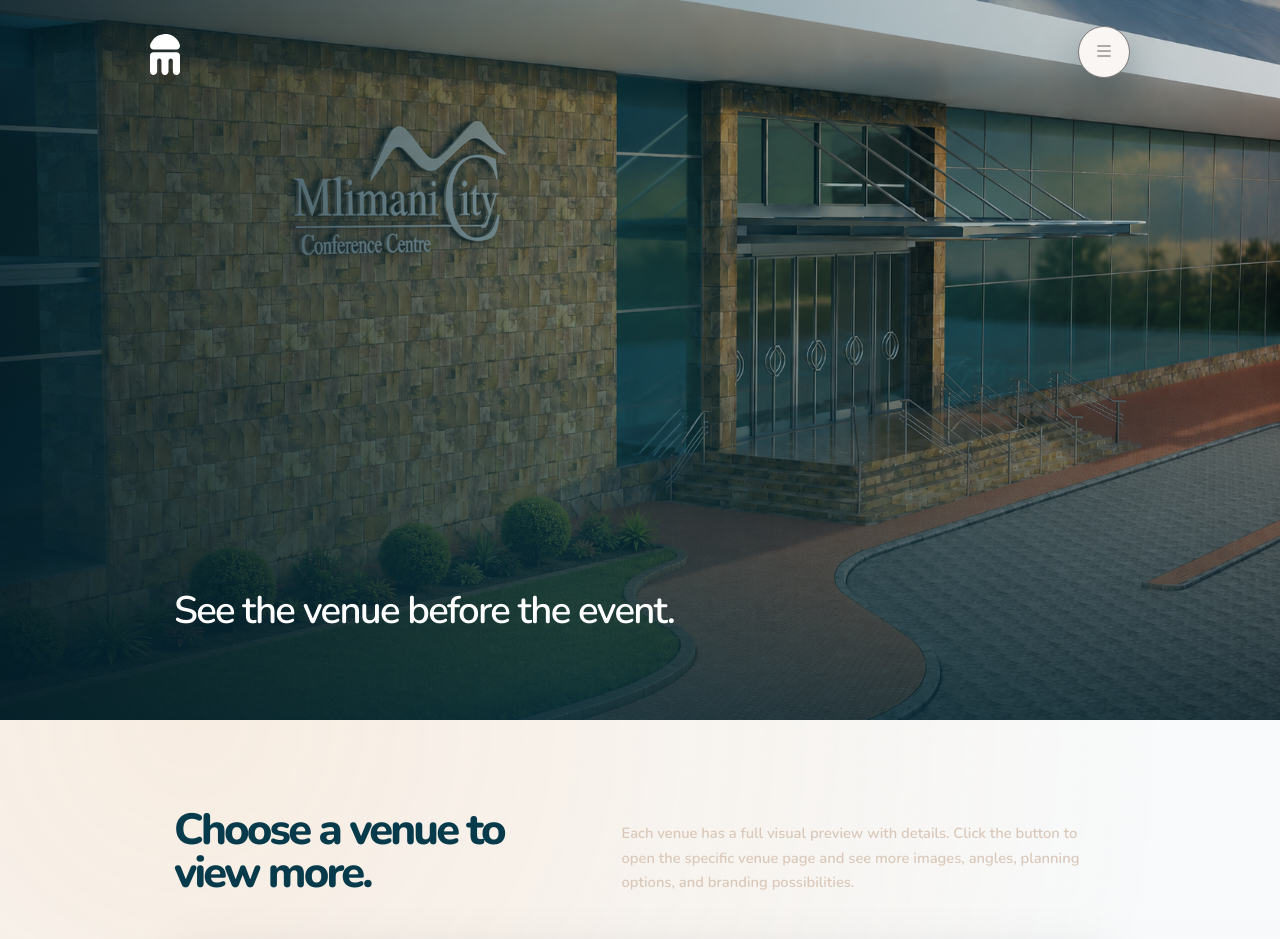
Repository: abdulprism/mustapha
Page: routes/venues.html
An editor plug-in stored every save of this project. The page is shown before and after the next save, followed by the edit.
The browser window is 1280 px wide. The pictures show the part of the page from y = 0 to 939 px (the page is 5174 px tall).
Pictures or frames that could not be fetched are drawn as grey boxes.

Above is the page before, as saved 2026-05-25 01:03:16.

### routes/venues.html
<!DOCTYPE html>
<html lang="en">
<head>
  <meta charset="UTF-8" />
  <meta name="viewport" content="width=device-width, initial-scale=1.0" />

  <title>Venues — mustapha.</title>
  <meta name="description" content="3D venue models and event venue visualization in Tanzania by Abdul Mustapha Hemedi." />

  <link rel="preconnect" href="https://fonts.googleapis.com">
  <link rel="preconnect" href="https://fonts.gstatic.com" crossorigin>
  <link href="https://fonts.googleapis.com/css2?family=Manrope:wght@500;600;700;800&display=swap" rel="stylesheet">
  <link rel="stylesheet" href="https://cdn.jsdelivr.net/npm/bootstrap-icons@1.11.1/font/bootstrap-icons.css">
  <link rel="stylesheet" href="./public/css/font.css">
  <link rel="stylesheet" href="../public/css/root.css">
  <link rel="stylesheet" href="../public/css/venue.css">
  <link rel="stylesheet" href="../public/css/header.css">
</head>

<body>

   <!-- Header -->
  <header class="header" id="siteHeader">
    <div class="wide-container">
      <nav class="nav">

        <a href="../index.html" class="logo">
          <img src="../public/icons/logo-white.svg" alt="">
        </a>

        <div class="menu-area">

          <div class="nav-panel" id="navPanel">
            <a href="index.php" class="active">Home</a>
            <a href="work.php">Work</a>
            <a href="#competence">Skills</a>
            <a href="./routes/venues.php">Venues</a>
            <a href="#contact">Contact</a>
          </div>

          <button class="menu-toggle" id="menuToggle" aria-label="Open menu" aria-expanded="false">
            <i class="bi bi-list icon-menu"></i>
            <i class="bi bi-x-lg icon-close"></i>
          </button>

        </div>
      </nav>
    </div>
  </header>

  <!-- Hero -->
  <section class="hero" data-header-theme="dark">

    <div class="hero-media">
      <img src="../public/img/profile/mlimani00.png" alt="3D venue model in Tanzania">
    </div>

    <div class="container hero-content-wrap">
      <div class="hero-content">
        <h1>See the venue before the event.</h1>

      </div>
    </div>

  </section>

  <!-- Venue Cards -->
  <section class="venue-list" id="venue-list" data-header-theme="light">
    <div class="container">

      <div class="venue-intro">
        <div>
          <h2>Choose a venue to view more.</h2>
        </div>

        <p>
          Each venue has a full visual preview with details. Click the button to open the specific venue page
          and see more images, angles, planning options, and branding possibilities.
        </p>
      </div>

      <div class="venue-stack">

        <article class="venue-card">
          <img src="../public/img/profile/mlimani01.png" alt="Mlimani City venue model">

          <div class="venue-content">
            <small>Dar es Salaam / Exhibition venue</small>
            <h3>Mlimani City</h3>
            <p>
              Outdoor, entrance, parking, exhibition, and event branding visualization for large public events,
              activations, and exhibitions.
            </p>

            <div class="venue-tags">
              <span>Outdoor view</span>
              <span>Entrance branding</span>
              <span>Booth planning</span>
              <span>Visitor flow</span>
            </div>

            <a href="venue-mlimani-city.html" class="btn">
              View Venue <i class="bi bi-arrow-right"></i>
            </a>
          </div>
        </article>

        <article class="venue-card image-right">
          <img src="./public/img/profile/venue-serena-01.png" alt="Serena Hotel venue model">

          <div class="venue-content">
            <small>Dar es Salaam / Hotel hall</small>
            <h3>Serena Hotel</h3>
            <p>
              Premium indoor event visualization for conference setup, stage backdrop, banquet seating,
              VIP arrangement, and sponsor visibility.
            </p>

            <div class="venue-tags">
              <span>Stage setup</span>
              <span>Banquet seating</span>
              <span>LED screen</span>
              <span>VIP flow</span>
            </div>

            <a href="venue-serena-hotel.html" class="btn">
              View Venue <i class="bi bi-arrow-right"></i>
            </a>
          </div>
        </article>

        <article class="venue-card">
          <img src="./public/img/profile/venue-sabasaba-01.png" alt="SabaSaba exhibition venue model">

          <div class="venue-content">
            <small>Dar es Salaam / Trade fair venue</small>
            <h3>SabaSaba</h3>
            <p>
              Exhibition booth and brand activation planning for trade fair setups,
              public interaction spaces, product corners, and institutional booths.
            </p>

            <div class="venue-tags">
              <span>Booth design</span>
              <span>Public flow</span>
              <span>Brand walls</span>
              <span>Activation space</span>
            </div>

            <a href="venue-sabasaba.html" class="btn">
              View Venue <i class="bi bi-arrow-right"></i>
            </a>
          </div>
        </article>

        <article class="venue-card image-right">
          <img src="../public/img/profile/jnicc0.png" alt="JNICC venue model">

          <div class="venue-content">
            <small>Dar es Salaam / Conference venue</small>
            <h3>JNICC</h3>
            <p>
              Conference venue planning for stage design, sponsor branding, delegate movement,
              registration areas, and formal event presentation.
            </p>

            <div class="venue-tags">
              <span>Conference</span>
              <span>Stage branding</span>
              <span>Registration</span>
              <span>Delegate flow</span>
            </div>

            <a href="venue-jnicc.html" class="btn">
              View Venue <i class="bi bi-arrow-right"></i>
            </a>
          </div>
        </article>

        <article class="venue-card">
          <img src="./public/img/profile/venue-hotelhall-01.png" alt="Hotel hall venue model">

          <div class="venue-content">
            <small>Tanzania / Indoor hall</small>
            <h3>Hotel Halls</h3>
            <p>
              Flexible indoor venue visualization for workshops, summits, launches,
              panel sessions, registration points, and sponsor zones.
            </p>

            <div class="venue-tags">
              <span>Indoor setup</span>
              <span>Workshop</span>
              <span>Launch event</span>
              <span>Panel session</span>
            </div>

            <a href="venue-hotel-halls.html" class="btn">
              View Venue <i class="bi bi-arrow-right"></i>
            </a>
          </div>
        </article>

        <article class="venue-card image-right">
          <img src="./public/img/profile/venue-custom-01.png" alt="Custom venue model">

          <div class="venue-content">
            <small>Custom / Any location</small>
            <h3>Custom Venue Model</h3>
            <p>
              Send venue images, videos, or layout details and get a visual planning model
              for your specific event space.
            </p>

            <div class="venue-tags">
              <span>Custom model</span>
              <span>From photos</span>
              <span>Event planning</span>
              <span>3D preview</span>
            </div>

            <a href="#contact" class="btn">
              Request Model <i class="bi bi-arrow-right"></i>
            </a>
          </div>
        </article>

      </div>

    </div>
  </section>

  <!-- CTA -->
  <section class="cta" data-header-theme="light">
    <div class="cta-box">
      <div>
        <h2>Need a venue preview?</h2>
        <p>
          Send venue photos or layout. I can create a 3D visual preview for planning,
          branding, production, and client presentation.
        </p>
      </div>

      <a href="#contact" class="btn">
        Start Discussion
      </a>
    </div>
  </section>

  <!-- Footer -->
  <section class="footer-section" id="contact" data-header-theme="dark">
    <div class="container">
      <div class="footer-grid">
        <div>
          <h2>Venue planning made visible.</h2>
          <p>
            3D venue models for exhibitions, events, conferences, summits, brand activations,
            and production planning across Tanzania.
          </p>
        </div>

        <div class="footer-links">
          <a href="mailto:hello@mustapha.co.tz">
            Email
            <i class="bi bi-arrow-up-right"></i>
          </a>

          <a href="https://wa.me/255712257370" target="_blank">
            WhatsApp
            <i class="bi bi-arrow-up-right"></i>
          </a>

          <a href="index.html">
            Back to Home
            <i class="bi bi-arrow-up-right"></i>
          </a>
        </div>
      </div>

      <p class="copyright">
        © <span id="year"></span> Abdul Mustapha Hemedi. All rights reserved.
      </p>
    </div>
  </section>

  <script>
    const siteHeader = document.getElementById("siteHeader");
    const menuToggle = document.getElementById("menuToggle");
    const navLinks = document.querySelectorAll(".nav-panel a");

    menuToggle.addEventListener("click", () => {
      const isOpen = siteHeader.classList.toggle("menu-open");
      menuToggle.setAttribute("aria-expanded", isOpen ? "true" : "false");
      menuToggle.setAttribute("aria-label", isOpen ? "Close menu" : "Open menu");
    });

    navLinks.forEach(link => {
      link.addEventListener("click", () => {
        siteHeader.classList.remove("menu-open");
        menuToggle.setAttribute("aria-expanded", "false");
        menuToggle.setAttribute("aria-label", "Open menu");
      });
    });

    document.addEventListener("click", (event) => {
      if (!siteHeader.contains(event.target)) {
        siteHeader.classList.remove("menu-open");
        menuToggle.setAttribute("aria-expanded", "false");
        menuToggle.setAttribute("aria-label", "Open menu");
      }
    });

    document.addEventListener("keydown", (event) => {
      if (event.key === "Escape") {
        siteHeader.classList.remove("menu-open");
        menuToggle.setAttribute("aria-expanded", "false");
        menuToggle.setAttribute("aria-label", "Open menu");
      }
    });

    const themeSections = document.querySelectorAll("[data-header-theme]");

    function updateHeaderTheme() {
      const checkPoint = 42;

      themeSections.forEach(section => {
        const rect = section.getBoundingClientRect();

        if (rect.top <= checkPoint && rect.bottom >= checkPoint) {
          const theme = section.dataset.headerTheme;

          if (theme === "light") {
            siteHeader.classList.add("on-light");
          } else {
            siteHeader.classList.remove("on-light");
          }
        }
      });
    }

    window.addEventListener("scroll", updateHeaderTheme);
    window.addEventListener("resize", updateHeaderTheme);
    updateHeaderTheme();

    document.getElementById("year").textContent = new Date().getFullYear();
  </script>

</body>
</html>

### public/css/font.css
/* Nunito Font Family */

@font-face {
  font-family: "Nunito";
  src: url("../fonts/Nunito/static/Nunito-ExtraLight.ttf") format("truetype");
  font-weight: 200;
  font-style: normal;
  font-display: swap;
}

@font-face {
  font-family: "Nunito";
  src: url("../fonts/Nunito/static/Nunito-ExtraLightItalic.ttf") format("truetype");
  font-weight: 200;
  font-style: italic;
  font-display: swap;
}

@font-face {
  font-family: "Nunito";
  src: url("../fonts/Nunito/static/Nunito-Light.ttf") format("truetype");
  font-weight: 300;
  font-style: normal;
  font-display: swap;
}

@font-face {
  font-family: "Nunito";
  src: url("../fonts/Nunito/static/Nunito-LightItalic.ttf") format("truetype");
  font-weight: 300;
  font-style: italic;
  font-display: swap;
}

@font-face {
  font-family: "Nunito";
  src: url("../fonts/Nunito/static/Nunito-Regular.ttf") format("truetype");
  font-weight: 400;
  font-style: normal;
  font-display: swap;
}

@font-face {
  font-family: "Nunito";
  src: url("../fonts/Nunito/static/Nunito-Italic.ttf") format("truetype");
  font-weight: 400;
  font-style: italic;
  font-display: swap;
}

@font-face {
  font-family: "Nunito";
  src: url("../fonts/Nunito/static/Nunito-Medium.ttf") format("truetype");
  font-weight: 500;
  font-style: normal;
  font-display: swap;
}

@font-face {
  font-family: "Nunito";
  src: url("../fonts/Nunito/static/Nunito-MediumItalic.ttf") format("truetype");
  font-weight: 500;
  font-style: italic;
  font-display: swap;
}

@font-face {
  font-family: "Nunito";
  src: url("../fonts/Nunito/static/Nunito-SemiBold.ttf") format("truetype");
  font-weight: 600;
  font-style: normal;
  font-display: swap;
}

@font-face {
  font-family: "Nunito";
  src: url("../fonts/Nunito/static/Nunito-SemiBoldItalic.ttf") format("truetype");
  font-weight: 600;
  font-style: italic;
  font-display: swap;
}

@font-face {
  font-family: "Nunito";
  src: url("../fonts/Nunito/static/Nunito-Bold.ttf") format("truetype");
  font-weight: 700;
  font-style: normal;
  font-display: swap;
}

@font-face {
  font-family: "Nunito";
  src: url("../fonts/Nunito/static/Nunito-BoldItalic.ttf") format("truetype");
  font-weight: 700;
  font-style: italic;
  font-display: swap;
}

@font-face {
  font-family: "Nunito";
  src: url("../fonts/Nunito/static/Nunito-ExtraBold.ttf") format("truetype");
  font-weight: 800;
  font-style: normal;
  font-display: swap;
}

@font-face {
  font-family: "Nunito";
  src: url("../fonts/Nunito/static/Nunito-ExtraBoldItalic.ttf") format("truetype");
  font-weight: 800;
  font-style: italic;
  font-display: swap;
}

@font-face {
  font-family: "Nunito";
  src: url("../fonts/Nunito/static/Nunito-Black.ttf") format("truetype");
  font-weight: 900;
  font-style: normal;
  font-display: swap;
}

@font-face {
  font-family: "Nunito";
  src: url("../fonts/Nunito/static/Nunito-BlackItalic.ttf") format("truetype");
  font-weight: 900;
  font-style: italic;
  font-display: swap;
}

### public/css/root.css

    :root {
      --brand: #073B4C;
      --brand-dark: #797878;
      --brand-hover: #0A4F66;
      --brand-soft: #EAF3F6;

      --accent: #FD7316;
      --accent-hover: #FF9F3F;
      --accent-soft: #FFF0E3;

      --page: #F5F7F8;
      --white: #FFFFFF;
      --text: #101820;
      --muted: #DAC9BA;
      --line: #DDE7EA;

      --max: 980px;
      --wide: 1360px;
      --radius: 8px;
      --ease: cubic-bezier(.2, .8, .2, 1);
    }

    body {
        background: var(--page);
        color: var(--text);
        overflow-x: hidden;
        -webkit-font-smoothing: antialiased;
        text-rendering: geometricPrecision;
        font-family: "Nunito";
    }

### public/css/header.css
    /* HEADER */

    .header {
      position: fixed;
      top: 26px;
      left: 0;
      width: 100%;
      z-index: 100;
      pointer-events: none;
    }

    .nav {
      display: flex;
      align-items: center;
      justify-content: space-between;
      pointer-events: none;
    }

    .logo {
      color: #fff;
      font-size: 1.05rem;
      font-weight: 800;
      letter-spacing: -0.04em;
      text-shadow: 0 8px 24px rgba(0,0,0,.35);
      pointer-events: auto;
      position: relative;
      z-index: 3;
      transition: color .25s var(--ease), text-shadow .25s var(--ease);
      width: 30px;
    }

    .logo span {
      color: var(--accent);
    }

    .header.on-light .logo {
      color: var(--brand);
      text-shadow: none;
    }

    .menu-area {
      position: relative;
      pointer-events: auto;
    }

    .menu-toggle {
      width: 52px;
      height: 52px;
      border-radius: 50%;
      border: 1px solid #797878;
      background: #FAF6F3;
      backdrop-filter: blur(16px);
      color: #797878;
      display: inline-flex;
      align-items: center;
      justify-content: center;
      font-size: 1.25rem;
      cursor: pointer;
      box-shadow: 0 18px 40px rgba(3,31,42,.34);
      transition: background .25s var(--ease), color .25s var(--ease), transform .25s var(--ease);
      position: relative;
      z-index: 5;
    }

    .menu-toggle:hover {
      background: var(--brand-dark);
      color: var(--brand-soft);
      transform: translateY(-1px);
    }

    .menu-toggle i {
      position: absolute;
      transition: opacity .22s var(--ease), transform .22s var(--ease);
    }

    .menu-toggle .icon-close {
      opacity: 0;
      transform: rotate(-90deg) scale(.5);
    }

    .header.menu-open .menu-toggle .icon-menu {
      opacity: 0;
      transform: rotate(90deg) scale(.5);
    }

    .header.menu-open .menu-toggle .icon-close {
      opacity: 1;
      transform: rotate(0) scale(1);
    }

    .nav-panel {
      position: absolute;
      right: 64px;
      top: 50%;
      transform: translateY(-50%) translateX(34px) scaleX(.08);
      transform-origin: right center;
      opacity: 0;
      pointer-events: none;
      display: flex;
      align-items: center;
      overflow: hidden;
      border-radius: 999px;
      backdrop-filter: blur(18px);
      box-shadow: 0 18px 45px rgba(3,31,42,.2);
      transition: opacity .22s var(--ease), transform .38s var(--ease);
    }

    .header.menu-open .nav-panel {
      opacity: 1;
      pointer-events: auto;
      transform: translateY(-50%) translateX(0) scaleX(1);
    }

    .nav-panel a {
      min-width: 102px;
      height: 50px;
      padding: 0 20px;
      display: inline-flex;
      align-items: center;
      justify-content: center;
      color: #59656b;
      font-size: .84rem;
      font-weight: 700;
      border-right: 1px solid rgba(3,31,42,.08);
      background-color: var(--brand-soft);
      opacity: 0;
      transform: translateX(12px);
      transition:
        background .2s var(--ease),
        color .2s var(--ease),
        opacity .25s var(--ease),
        transform .25s var(--ease);
    }

    .nav-panel a:last-child {
      border-right: none;
    }

    .header.menu-open .nav-panel a {
      opacity: 1;
      transform: translateX(0);
    }

    .header.menu-open .nav-panel a:nth-child(1) { transition-delay: .06s; }
    .header.menu-open .nav-panel a:nth-child(2) { transition-delay: .09s; }
    .header.menu-open .nav-panel a:nth-child(3) { transition-delay: .12s; }
    .header.menu-open .nav-panel a:nth-child(4) { transition-delay: .15s; }
    .header.menu-open .nav-panel a:nth-child(5) { transition-delay: .18s; }

    .nav-panel a:hover,
    .nav-panel a.active {
      background: var(--brand-dark);
      color: var(--brand-soft);
    }




    /* RESPONSIVE */

    @media (max-width: 900px) {
      .header {
        top: 18px;
      }

      .nav-panel {
        position: fixed;
        right: 24px;
        top: 86px;
        transform: translateY(-14px) scale(.96);
        transform-origin: top right;
        flex-direction: column;
        align-items: stretch;
        min-width: 230px;
        border-radius: 18px;
      }

      .header.menu-open .nav-panel {
        transform: translateY(0) scale(1);
      }

      .nav-panel a {
        width: 100%;
        justify-content: flex-start;
        border-right: none;
        border-bottom: 1px solid rgba(3,31,42,.08);
      }

      .nav-panel a:last-child {
        border-bottom: none;
      }

    }

Loaded but not shown: public/css/venue.css (843 lines, source omitted)

After the next save:
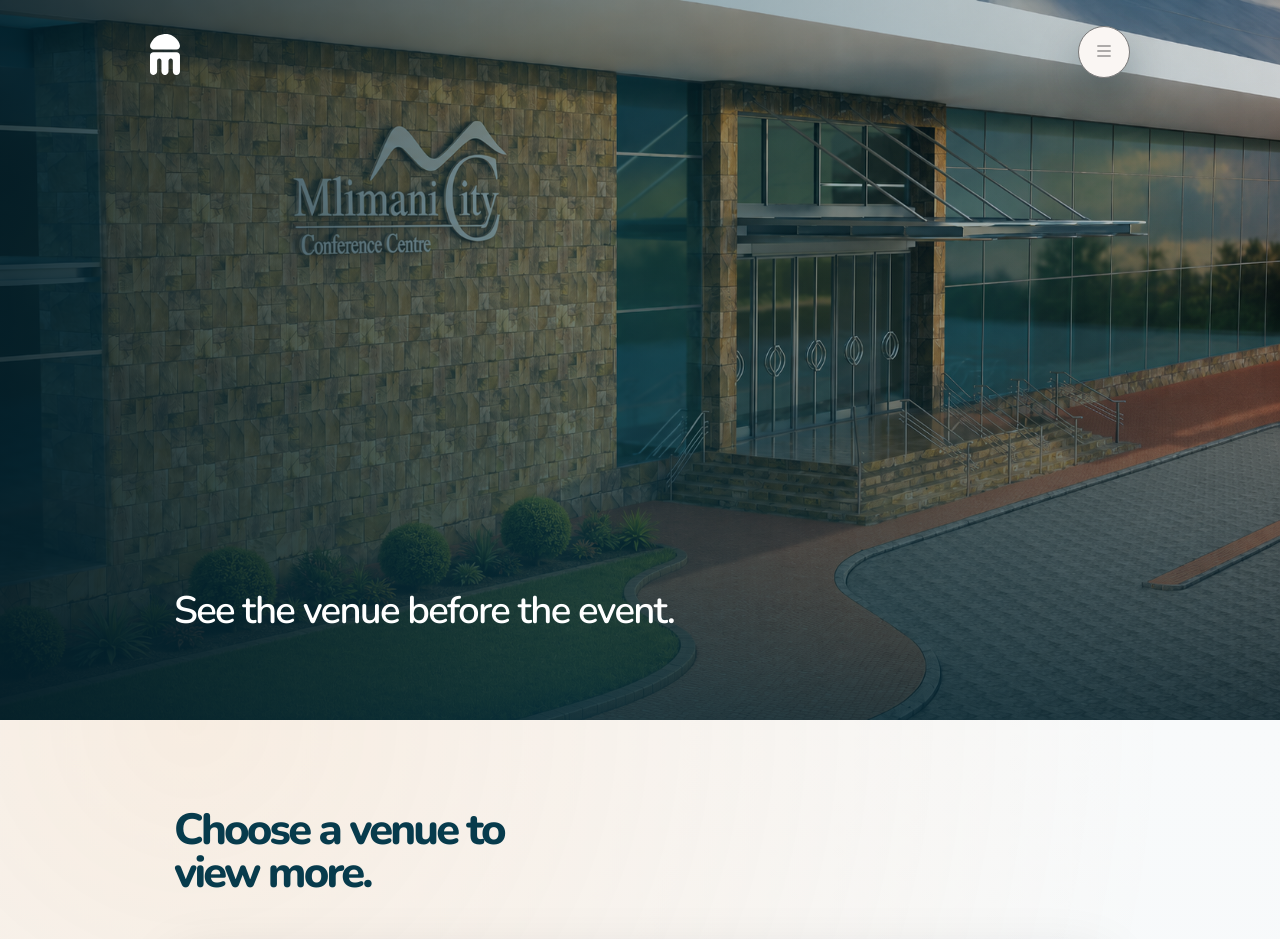
Saved 6 s later.
--- a/routes/venues.html
+++ b/routes/venues.html
@@ -72,11 +72,6 @@
         <div>
           <h2>Choose a venue to view more.</h2>
         </div>
-
-        <p>
-          Each venue has a full visual preview with details. Click the button to open the specific venue page
-          and see more images, angles, planning options, and branding possibilities.
-        </p>
       </div>
 
       <div class="venue-stack">
